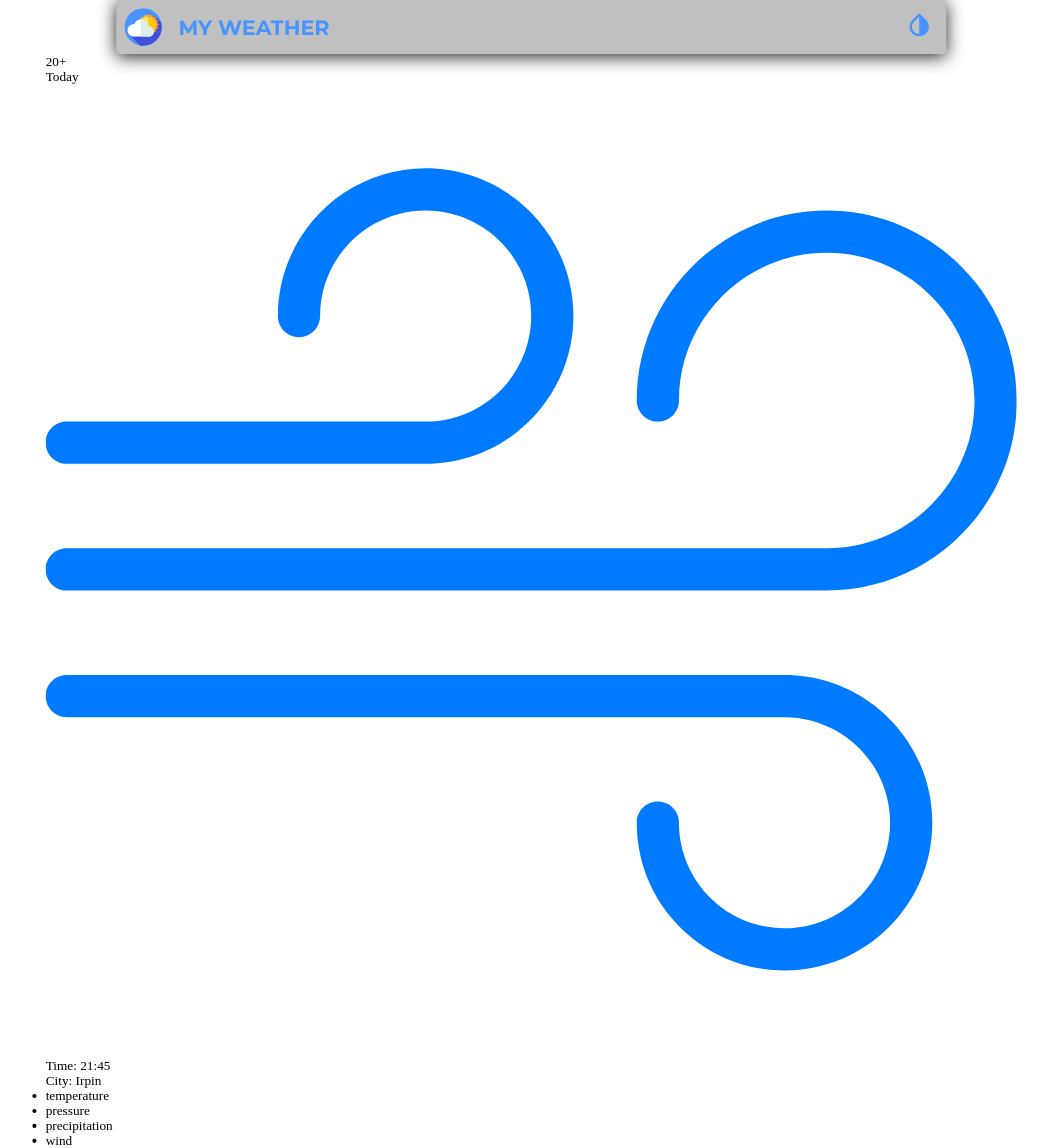
Repository: YuraKrvz/my_weather2
Page: /
An editor plug-in stored every save of this project. The page is shown before and after the next save, followed by the edit.
The browser window is 1280 px wide. The pictures show the whole page, at 83% of full size.
The project was rebuilt for these pictures with package versions that can differ from the ones it lists, and the page was loaded fresh each time. Also part of the build but not shown: src/components/MyWeather/MyWeather.module.css.

Above is the page before, as saved 2022-01-25 17:55:25.

### src/index.css
@import url('https://fonts.googleapis.com/css2?family=Montserrat:wght@300;400;500;600;700&display=swap');
*,
*:after,
*:before{
  box-sizing: border-box;
  margin: 0;
  padding: 0;
}
body{
  background-color: var(--body-background);
}
:root{
  --color-default-blue: #4793FF;
}
.container{
  max-width: 1200px;
  margin: 0 auto;
  padding: 0 15px;
}
html[data-theme='true']{
  --body-background: #fff;
  --components-background: silver;
  --card-background: rgba(71, 147, 255, 0.2);
  --card-shadow: 0px 3px 20px rgba(5, 5, 5, 0.9);

  --text-color: #000;
}
html[data-theme='false']{
  --body-background: #0d1117;
  --components-background: #4f4f4f;
  --card-background: #2e3035;
  --card-shadow: 0px 3px 20px rgba(147, 144, 144, 0.9);
  --text-color: #fff;
}

### src/App.js
import Header from './components/Header/Header';
import MyWeather from './components/MyWeather/MyWeather';

export default function App() {

  return (
    <div className='container'>
     <Header />
     <MyWeather />

    </div>
  );
};

### src/components/header/Header.jsx
import React from 'react';
import useTheme from '../../hooks/useTheme';
import s from './Header.module.css';
import {GeneratorSvgIcon} from '../../assets/GeneratorSvgIcon.js';

export default function Header() {
  const {theme, setTheme} = useTheme();

  return (
   <header className={s.wrap__header}>
      <div className={s.inner}>
         <GeneratorSvgIcon className={s.logo__img} id='header-logo' />
         <h1 className={s.header__logo_text}>My weather</h1>
      </div>
      <span onClick={()=> setTheme(!theme)} >
         <GeneratorSvgIcon className={s.logo__img} id='change-theme'/>
      </span>
   </header>
  );
}

### src/components/MyWeather/MyWeather.jsx
import React from 'react';
import { GeneratorSvgIcon } from '../../assets/GeneratorSvgIcon';
import s from './MyWeather.module.css';

export default function MyWeather() {
  return (
   <section className={s.wrapper}>
      <div className={s.main}>
         <span>
            <span>
               <p className={s.temp__main}>20+</p>
               <p className={s.day}>Today</p>
            </span>
            <GeneratorSvgIcon id='wind' />
         </span>
         <p className={s.time}>Time: 21:45</p>
         <p className={s.city}>City: Irpin</p>
      </div>
      <div className={s.description}>
         <ul className={s.list}>
            <li className={s.temp__description}>temperature</li>
            <li className={s.pressure}>pressure</li>
            <li className={s.precipitation}>precipitation</li>
            <li className={s.wind}>wind</li>
         </ul>
      </div>
   </section>
  );
}

### src/hooks/useTheme.js
import {useState, useLayoutEffect} from 'react';

export default function useTheme() {
   const [theme, setTheme] = useState(true);

   useLayoutEffect( ()=>{
      document.documentElement.setAttribute('data-theme', theme);
   }, [theme] )

   return {theme, setTheme};
}

### src/components/header/Header.module.css
.wrap__header{
   display: flex;
   justify-content: space-between;
   align-items: center;
   background-color: var(--components-background);
   box-shadow: var(--card-shadow);
   border-radius: 5px;
   padding: 10px;
   margin: 0 auto;
   width: 1000px;
   height: 65px;
   left: 360px;
   top: 20px;
}
.inner{
   display: flex;
   align-items: center;
}
.logo__img{
   width: 45px;
}
.header__logo_text{
   margin-left: 20px;
   width: 230px;
   height: 30px;
   font-style: normal;
   font-weight: bold;
   font-size: 25px;
   line-height: 30px;
   text-transform: uppercase;
   font-family: Montserrat;
   color: var(--color-default-blue);
}
.button__theme{

}

Loaded but not shown: public/index.html (common file); src/index.js (common file); src/assets/GeneratorSvgIcon.js (366 lines, source omitted)

After the next save:
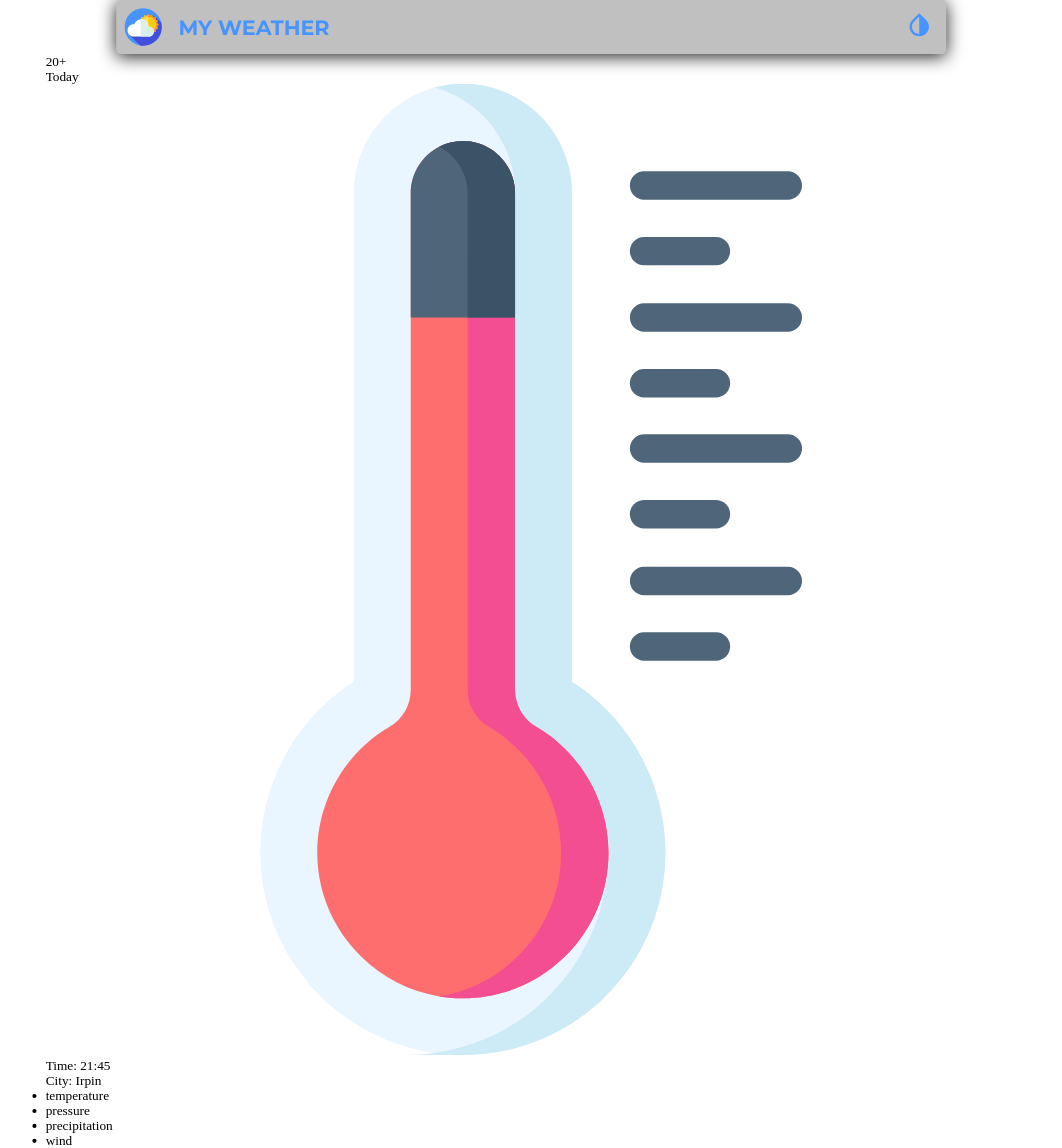
Saved 9 s later.
--- a/src/components/MyWeather/MyWeather.jsx
+++ b/src/components/MyWeather/MyWeather.jsx
@@ -11,7 +11,7 @@
                <p className={s.temp__main}>20+</p>
                <p className={s.day}>Today</p>
             </span>
-            <GeneratorSvgIcon id='wind' />
+            <GeneratorSvgIcon id='temp' />
          </span>
          <p className={s.time}>Time: 21:45</p>
          <p className={s.city}>City: Irpin</p>
